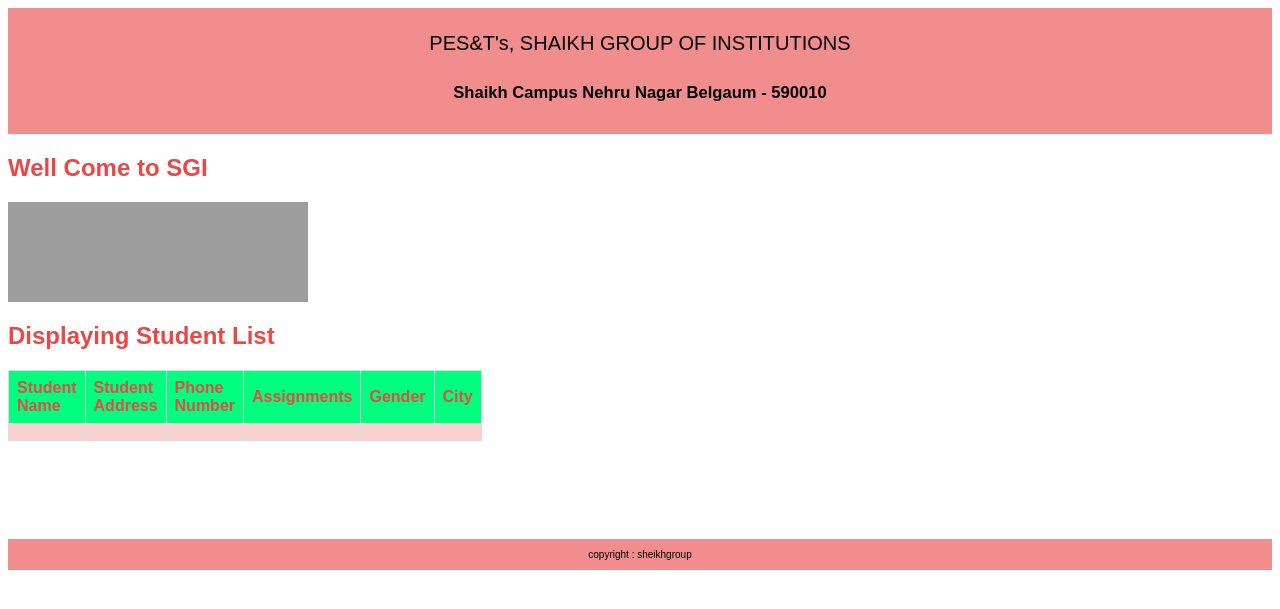
Repository: samiulla123/SheikhCollegeAssn
Page: http://localhost/Assignment1/JSP/display.jsp
An editor plug-in stored every save of this project. The page is shown before and after the next save, followed by the edit.
The browser window is 1280 px wide. The pictures show the whole page.
Pictures or frames that could not be fetched are drawn as grey boxes. The page is served by Tomcat 9. Other server files are loaded and not shown.

Above is the page before, as saved 2019-03-07 07:33:18.

### workspace/Assignment1/WebContent/JSP/display.jsp
<%@page import="assign1.getset"%>
<%@page import="java.util.ArrayList"%>
<%@page contentType="text/html" pageEncoding="UTF-8"%>
<!DOCTYPE HTML PUBLIC "-//W3C//DTD HTML 4.01 Transitional//EN">
<html>
<head>

<title>JSP page Display</title>
<link href="CSS/master.css" rel="stylesheet" text="text/css">
<meta http-equiv="Content-Type" content="text/html; charset=ISO-8859-1">
<script src="javascript/formvalidate.js"></script>

</head>
<body>
	<header id="headP"><p>PES&T's, SHAIKH GROUP OF INSTITUTIONS </p>
		<h5>Shaikh Campus Nehru Nagar Belgaum - 590010 </h5></header>
	<form name="formvalidation" method="post" action="Assign">
	<section id="assgn">
	<h1 id="demo">Well Come to SGI</h1>
		<img src="image/index.png" width="300px" height="100px">
	<h1>Displaying Student List</h1>

      <table border ="1" width="400" align="left">
         <tr bgcolor="00FF7F">
          <th><b>Student Name</b></th>
          <th><b>Student Address</b></th>
          <th><b>Phone Number</b></th>
           <th><b>Assignments</b></th>
          <th><b>Gender</b></th>
          <th><b>City</b></th>
         </tr>
        <%-- Fetching the attributes of the request object
             which was previously set by the servlet
              "StudentServlet.java"
        --%>
       <% getset s=new getset(0,0);%>
            <tr>
                <td><%=s.getName()%></td>
                <td><%=s.getAddr()%></td>
                <td><%=s.getPno()%></td>
                <% String[] assignment=s.getAssign(); %>
                <%for (String str1: assignment){%>
                	<td><%=str1 %></td>
               <%} %>
                <% String[] gender=s.getGen(); %>
                <%for (String str1: gender)
                {%>
                	<td><%=str1 %></td>
               <% }%>
                <td><%=s.getCity()%></td>
            </tr>
        </table>
	</section>
	</form>
	<footer class="fot" align="bottom">copyright : sheikhgroup</footer>
</body>
</html>

### workspace/Assignment1/src/assign1/getset.java
package assign1;

public class getset {
	private String name;
	private String phno;
	private String addr;
	private String assign[];
	private String gen[];
	private String cit;

	public getset(int a, int b)
	{
		name="";
		phno="";
		addr="";
		assign=new String[a];
		gen=new String[b];
		cit="";

	}

	public void setName(String value)
	{
		name=value;
	}
	public String getName()
	{
		return name;
	}
	public void setAddr(String value)
	{
		addr=value;
	}
	public String getAddr()
	{
		return addr;
	}
	public void setPno(String value)
	{
		phno=value;
	}
	public String getPno()
	{
		return phno;
	}
	public void setAssign(int pos, String check)
	{
		assign[pos]=check;
	}

	public String[] getAssign()
	{
		return assign;
	}

	public void setGen(int pos1, String value)
	{
		gen[pos1]=value;
	}

	public String[] getGen()
	{
		return gen;
	}
	public void setCity(String value)
	{
		cit=value;
	}
	public String getCity()
	{
		return cit;
	}
}

### workspace/Assignment1/WebContent/CSS/master.css
@CHARSET "ISO-8859-1";

#headP{
background-color: #f28d8d;
  padding: 4px;
  text-align: center;
  font-size: 20px;
  color: black;
}
body {
	background: white;
	color: #eb4747;
	border-radius: 20px;
}
.fot{
background-color: #f28d8d;
  padding: 10px;
  text-align: center;
  font-size: 10px;
  font-style: color: black;
  margin-top : 32%;
  color: black;

}

table {
  border: 1px #ddd;
  text-align: left;
  background-color: #fad1d1;
  border-collapse: collapse;
  width: 50%;
}

td, th {
  border: 1px solid  #dddddd;
  text-align: left;
  padding: 8px;
}
.button {
  background-color: #f28d8d
  color: #eb4747;
  padding: 10px;
  text-align: center;
  display: inline-block;
  font-size: 16px;
  margin: 2px 2px;
  cursor: pointer;
}
.button4 {border-radius: 12px;}

#assgn{
	float:left;

}


body {
  font-family: Arial, Helvetica, sans-serif;
}

Loaded but not shown: workspace/Assignment1/WebContent/javascript/formvalidate.js (no copy from this time; the picture is the same without it)

After the next save:
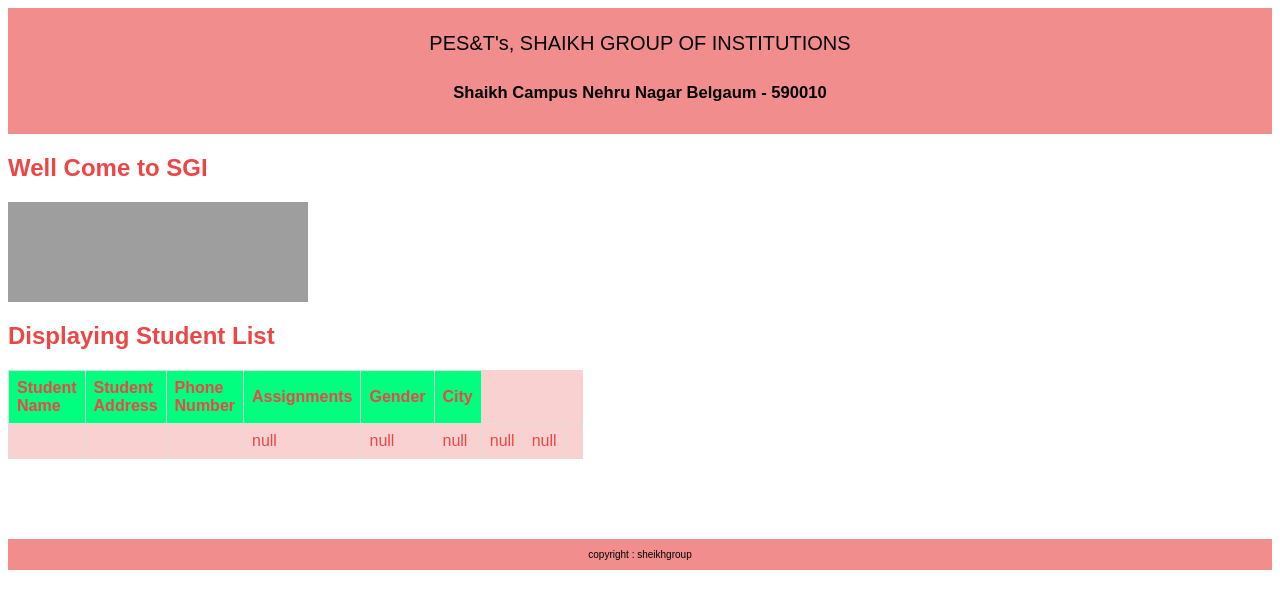
Saved 50 s later.
--- a/workspace/Assignment1/WebContent/JSP/display.jsp
+++ b/workspace/Assignment1/WebContent/JSP/display.jsp
@@ -33,7 +33,7 @@
              which was previously set by the servlet
               "StudentServlet.java"
         --%>
-       <% getset s=new getset(0,0);%>
+       <% getset s=new getset(3,2);%>
             <tr>
                 <td><%=s.getName()%></td>
                 <td><%=s.getAddr()%></td>
